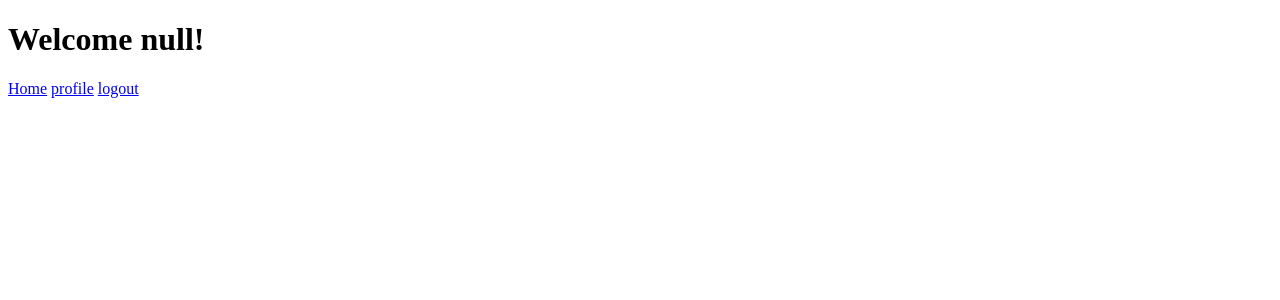
Repository: deepakkthakur/java
Page: http://localhost/GetPostDemo/about.jsp
These files come from the project's save history. The page is drawn as it stood at one moment and after the next save; the edit follows.
The browser window is 1280 px wide. The pictures show the whole page.
The page is served by Tomcat 10. Other server files are loaded and not shown.

Above is the page before, as saved 2024-04-10 12:10:42.

### GetPostDemo/src/main/webapp/about.jsp
<%@ page language="java" contentType="text/html; charset=ISO-8859-1"
    pageEncoding="ISO-8859-1"%>
<!DOCTYPE html>
<html>
<head>
<meta charset="ISO-8859-1">
<title>Insert title here</title>
</head>
<body>
<% String user = (String) session.getAttribute("user"); %>
<%-- <% String user1 = (String) request.getAttribute("user"); %> --%>
	<h1>Welcome  <%= user %>!</h1>
	<a href="dashboard.jsp">Home</a>
	<a href="profile.jsp">profile</a>
	<a href="logout">logout</a>
</body>
</html>

After the next save:
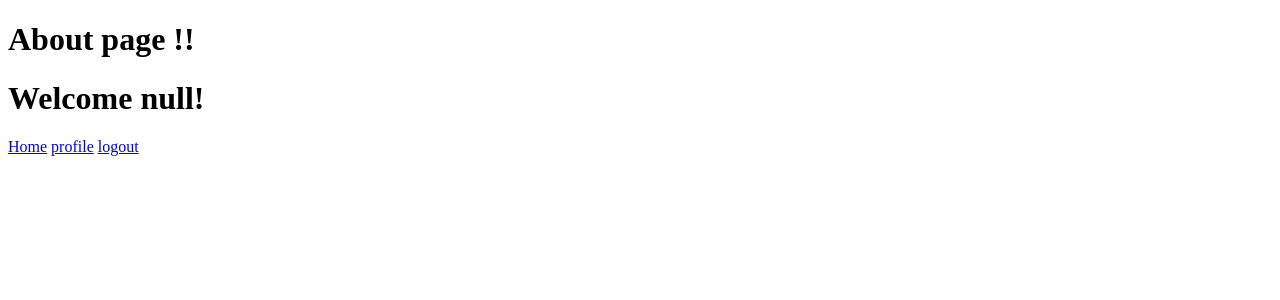
Saved 19 s later.
--- a/GetPostDemo/src/main/webapp/about.jsp
+++ b/GetPostDemo/src/main/webapp/about.jsp
@@ -8,6 +8,7 @@
 </head>
 <body>
 <% String user = (String) session.getAttribute("user"); %>
+<h1>About page !!</h1>
 <%-- <% String user1 = (String) request.getAttribute("user"); %> --%>
 	<h1>Welcome  <%= user %>!</h1>
 	<a href="dashboard.jsp">Home</a>
